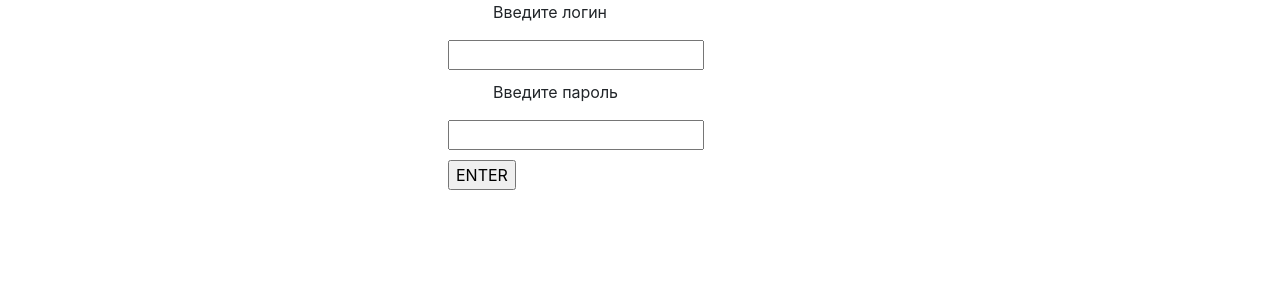
Repository: sMoonBeam/Labs
Page: MyList/WebContent/index.html
These files come from the project's save history. The page is drawn as it stood at one moment and after the next save; the edit follows.
The browser window is 1280 px wide. The pictures show the whole page.

Above is the page before, as saved 2019-10-16 20:43:40.

### MyList/WebContent/index.html
<!DOCTYPE html>
<html>

<head>
<meta charset="UTF-8">
<title>LOGIN</title>
<link href="https://stackpath.bootstrapcdn.com/bootstrap/4.3.1/css/bootstrap.min.css" rel="stylesheet">
</head>
<body>
	<form  action="mylist" method="POST" style="margin-left: 35%;">
		<p style="margin-left:45px;">Введите логин</p>
		<input type="text" name="login" required/>
		<p style="margin-left:45px; margin-top: 10px;">Введите пароль</p>
		<input type="text" name="password"/>
		<br>
		<input style="margin-top: 10px;" type="submit" value="ENTER"/>
	</form>
</body>
</html>

After the next save:
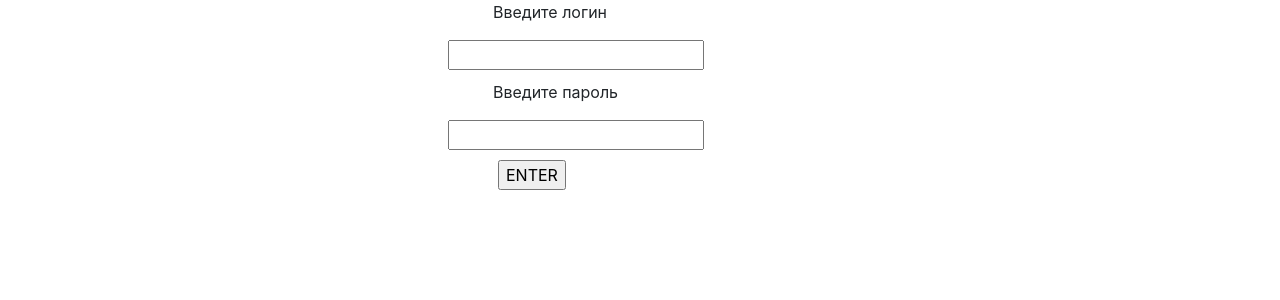
Saved 37 s later.
--- a/MyList/WebContent/index.html
+++ b/MyList/WebContent/index.html
@@ -13,7 +13,7 @@
 		<p style="margin-left:45px; margin-top: 10px;">Введите пароль</p>
 		<input type="text" name="password"/>
 		<br>
-		<input style="margin-top: 10px;" type="submit" value="ENTER"/>
+		<input style="margin-top: 10px; margin-left: 50px;" type="submit" value="ENTER"/>
 	</form>
 </body>
 </html>
